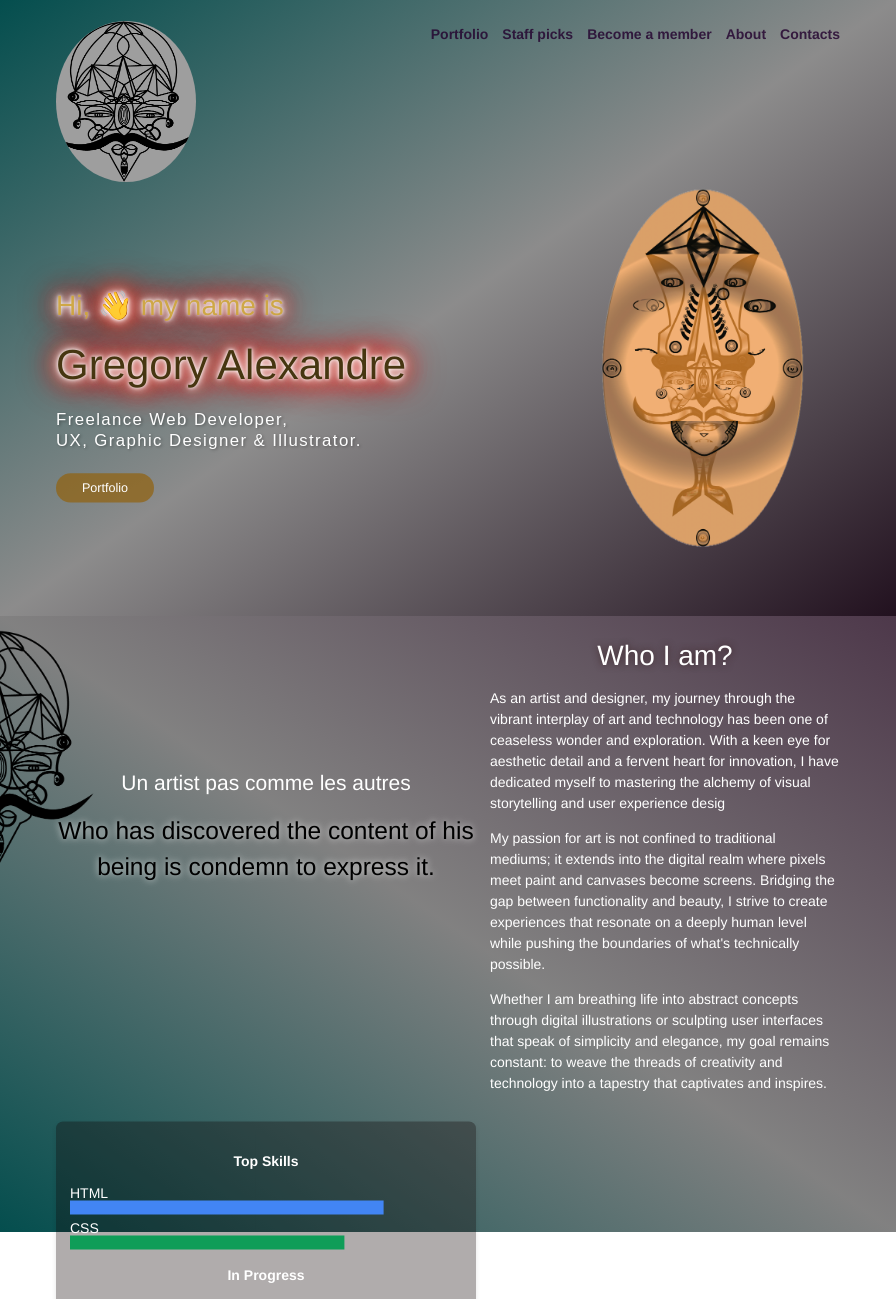
Repository: al-XLeMEsTRE/al-XLeMEsTRE
Page: index.html
The author's editor kept a copy of each file at every save. The page is drawn from the files as they stood at one save, then again after the next save.
The browser window is 1280 px wide. The pictures show the part of the page from y = 0 to 1856 px (the page is 5520 px tall), at 70% of full size.
Pictures or frames that could not be fetched are drawn as grey boxes. A picture or video elsewhere on the page could not be fetched, so the positions and the page height are approximate.

Above is the page before, as saved 2023-11-23 19:07:20.

After the next save:
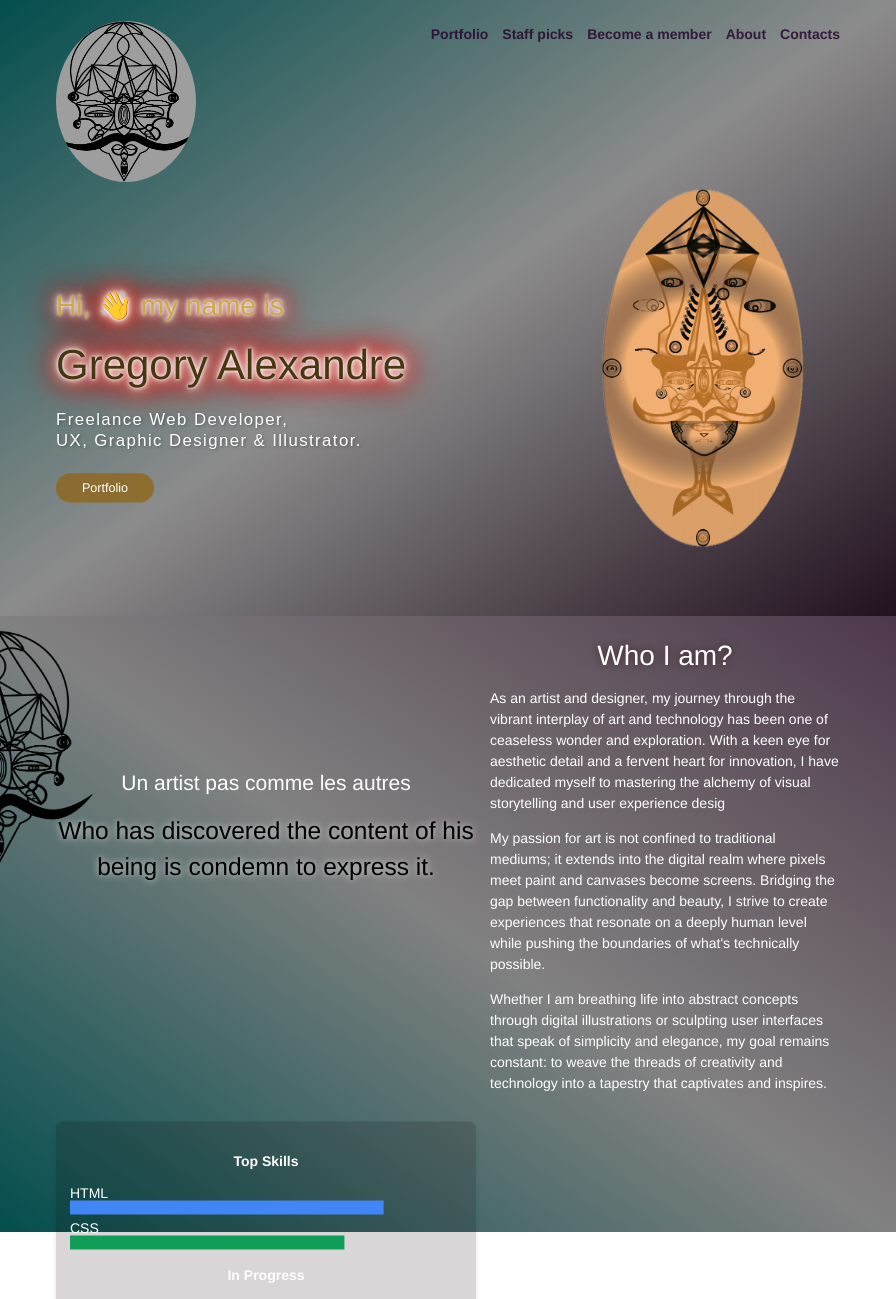
Saved 105 s later.
--- a/style/styles.css
+++ b/style/styles.css
@@ -329,7 +329,7 @@
     grid-column: 1 / -1; /* Span the skills container across all columns */
   }
   padding: 20px;
-  background: #0d020253; /* Change to match your design */
+  background: #0d020229; /* Change to match your design */
   border-radius: 10px; /* Optional: adds rounded corners */
   box-shadow: 0 4px 8px rgba(0, 0, 0, 0.1); /* Optional: adds subtle shadow */
   margin-bottom: 20px; /* Space below the skills container */
